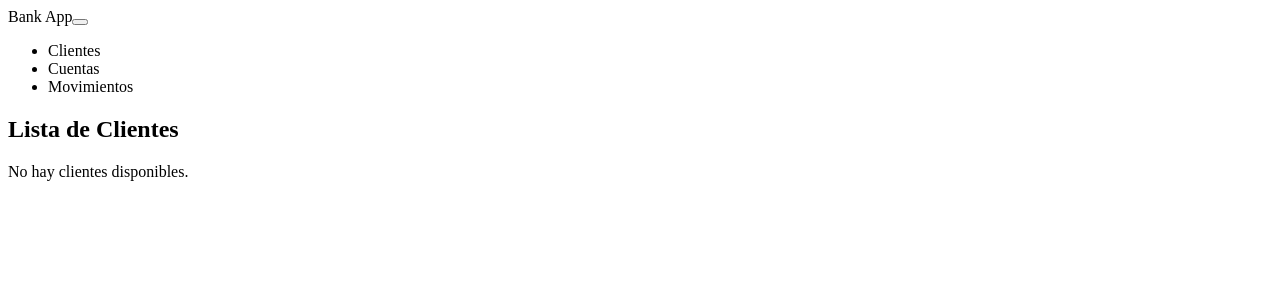
Repository: justsantg/bank-app
Page: /clientes (app in frontend/)
An editor plug-in stored every save of this project. The page is shown before and after the next save, followed by the edit.
The browser window is 1280 px wide. The pictures show the whole page.
The page's requests for data from a server got no answer. The project was rebuilt for these pictures with package versions that can differ from the ones it lists, and the page was loaded fresh each time. No one was signed in, and anything a server would have sent is missing. Also part of the build but not shown: frontend/src/app/components/cuentas/cuenta-list/cuenta-list.component.ts, frontend/src/app/components/movimientos/movimiento-list/movimiento-list.component.ts.

Above is the page before, as saved 2025-03-15 11:55:01.

### frontend/src/main.ts
import { bootstrapApplication } from '@angular/platform-browser';
import { AppComponent } from './app/app.component';
import { provideHttpClient } from '@angular/common/http';
import { provideRouter } from '@angular/router';
import { routes } from './app/app.routes';

bootstrapApplication(AppComponent, {
  providers: [
    provideRouter(routes), // Asegurar que las rutas están registradas
    provideHttpClient()    // Asegurar que HttpClient está disponible en toda la app
  ]
}).catch(err => console.error(err));

### frontend/src/app/app.component.ts
import { Component } from '@angular/core';
import { RouterOutlet } from '@angular/router';

@Component({
  selector: 'app-root',
  standalone: true,
  imports: [RouterOutlet], // Importar RouterOutlet aquí
  templateUrl: './app.component.html',
  styleUrls: ['./app.component.css']
})
export class AppComponent {
  title = 'Bank App';
}

### frontend/src/app/app.routes.ts
import { Routes } from '@angular/router';
import { ClienteListComponent } from './components/clientes/cliente-list/cliente-list.component';
import { CuentaListComponent } from './components/cuentas/cuenta-list/cuenta-list.component';
import { MovimientoListComponent } from './components/movimientos/movimiento-list/movimiento-list.component';

export const routes: Routes = [
  { path: 'clientes', component: ClienteListComponent },
  { path: 'cuentas', component: CuentaListComponent },
  { path: 'movimientos', component: MovimientoListComponent },
  { path: '', redirectTo: 'clientes', pathMatch: 'full' } // Redirección inicial
];

### frontend/src/app/app.component.html
<nav class="navbar navbar-expand-lg navbar-dark bg-primary">
  <div class="container">
    <a class="navbar-brand" routerLink="/">Bank App</a>
    <button class="navbar-toggler" type="button" data-bs-toggle="collapse" data-bs-target="#navbarNav">
      <span class="navbar-toggler-icon"></span>
    </button>
    <div class="collapse navbar-collapse" id="navbarNav">
      <ul class="navbar-nav">
        <li class="nav-item">
          <a class="nav-link" routerLink="/clientes" routerLinkActive="active">Clientes</a>
        </li>
        <li class="nav-item">
          <a class="nav-link" routerLink="/cuentas" routerLinkActive="active">Cuentas</a>
        </li>
        <li class="nav-item">
          <a class="nav-link" routerLink="/movimientos" routerLinkActive="active">Movimientos</a>
        </li>
      </ul>
    </div>
  </div>
</nav>

<div class="container mt-4">
  <router-outlet></router-outlet>
</div>

### frontend/src/app/components/clientes/cliente-list/cliente-list.component.ts
import { Component, OnInit } from '@angular/core';
import { CommonModule, NgIf } from '@angular/common';
import { ClienteService } from '../../../services/cliente.service';
import { MovimientoService } from '../../../services/movimiento.service';

@Component({
  selector: 'app-cliente-list',
  standalone: true,
  imports: [CommonModule, NgIf],
  templateUrl: './cliente-list.component.html',
  styleUrls: ['./cliente-list.component.css']
})
export class ClienteListComponent implements OnInit {
  clientes: any[] = [];
  ultimoMovimiento: any = null; // Aquí guardaremos el último movimiento
  mostrarModal: boolean = false; // Controla si el modal está visible

  constructor(
    private clienteService: ClienteService,
    private movimientoService: MovimientoService
  ) {}

  ngOnInit(): void {
    this.clienteService.getClientes().subscribe({
      next: (data) => {
        console.log('Clientes recibidos:', data);
        this.clientes = data;
      },
      error: (err) => {
        console.error('Error al obtener clientes:', err);
      }
    });
  }

  // 🔥 Método para obtener el último movimiento de un cliente
  obtenerUltimoMovimiento(clienteId: number): void {
    this.movimientoService.getUltimoMovimiento(clienteId).subscribe({
      next: (data) => {
        console.log('Último movimiento:', data);
        this.ultimoMovimiento = data;
        this.mostrarModal = true; // Muestra el modal
      },
      error: (err) => {
        console.error('Error al obtener el último movimiento:', err);
        this.ultimoMovimiento = null;
      }
    });
  }

  // 🔥 Método para cerrar el modal
  cerrarModal(): void {
    this.mostrarModal = false;
    this.ultimoMovimiento = null;
  }
}

### frontend/src/app/components/clientes/cliente-list/cliente-list.component.html
<div class="container mt-4">
    <h2>Lista de Clientes</h2>

    <ul *ngIf="clientes.length > 0; else noClientes" class="list-group">
      <li *ngFor="let cliente of clientes" class="list-group-item">
        <strong>{{ cliente.nombre }}</strong> - {{ cliente.email }} - {{ cliente.telefono }}
        <ul *ngIf="cliente.cuentas.length > 0">
          <li *ngFor="let cuenta of cliente.cuentas">
            🏦 Tipo de cuenta: <strong>{{ cuenta.tipo }}</strong> - 💰 Saldo: <strong>{{ cuenta.saldo }}</strong>
          </li>
        </ul>
        <p *ngIf="cliente.cuentas.length === 0">🚫 No tiene cuentas registradas.</p>

        <!-- 🔥 Botón para ver el último movimiento -->
        <button class="btn btn-primary btn-sm mt-2" (click)="obtenerUltimoMovimiento(cliente.id)">
          Ver Último Movimiento
        </button>
      </li>
    </ul>

    <ng-template #noClientes>
      <p>No hay clientes disponibles.</p>
    </ng-template>

    <!-- 🔥 Modal para mostrar el último movimiento -->
    <div *ngIf="mostrarModal" class="modal-backdrop">
      <div class="modal-content">
        <h4>Último Movimiento</h4>
        <p><strong>Monto:</strong> {{ ultimoMovimiento?.monto }}</p>
        <p><strong>Tipo:</strong> {{ ultimoMovimiento?.tipo }}</p>
        <p><strong>Fecha:</strong> {{ ultimoMovimiento?.fecha | date:'short' }}</p>
        <button class="btn btn-danger btn-sm" (click)="cerrarModal()">Cerrar</button>
      </div>
    </div>
  </div>

### frontend/src/app/components/clientes/cliente-list/cliente-list.component.css
.modal-content {
    border-radius: 10px;
    box-shadow: 0px 4px 10px rgba(0, 0, 0, 0.2);
  }

  .modal-header {
    background-color: #007bff;
    color: white;
    border-top-left-radius: 10px;
    border-top-right-radius: 10px;
  }

  .modal-body {
    font-size: 1.1rem;
    color: #333;
  }

  .text-success {
    font-weight: bold;
  }

  .text-danger {
    font-weight: bold;
  }

### frontend/src/app/services/cliente.service.ts
import { Injectable } from '@angular/core';
import { HttpClient } from '@angular/common/http';
import { Observable } from 'rxjs';

@Injectable({
  providedIn: 'root'
})
export class ClienteService {
  private apiUrl = 'http://localhost:3000'; // URL del backend

  constructor(private http: HttpClient) {}

  getClientes(): Observable<any[]> {
    console.log('Llamando a:', `${this.apiUrl}/cliente`); // Agregar un log para verificar la URL
    return this.http.get<any[]>(`${this.apiUrl}/cliente`);
  }
}

### frontend/src/app/services/movimiento.service.ts
import { Injectable } from '@angular/core';
import { HttpClient } from '@angular/common/http';
import { Observable } from 'rxjs';

@Injectable({
  providedIn: 'root'
})
export class MovimientoService {
  private apiUrl = 'http://localhost:3000'; // URL del backend

  constructor(private http: HttpClient) {}

  // 🔥 Obtener el último movimiento de un cliente
  getUltimoMovimiento(clienteId: number): Observable<any> {
    return this.http.get<any>(`${this.apiUrl}/movimiento/ultimo/${clienteId}`);
  }
}

Loaded but not shown: frontend/src/index.html (common file); frontend/src/app/app.component.css (no stored copy; drawn as an empty file)

After the next save:
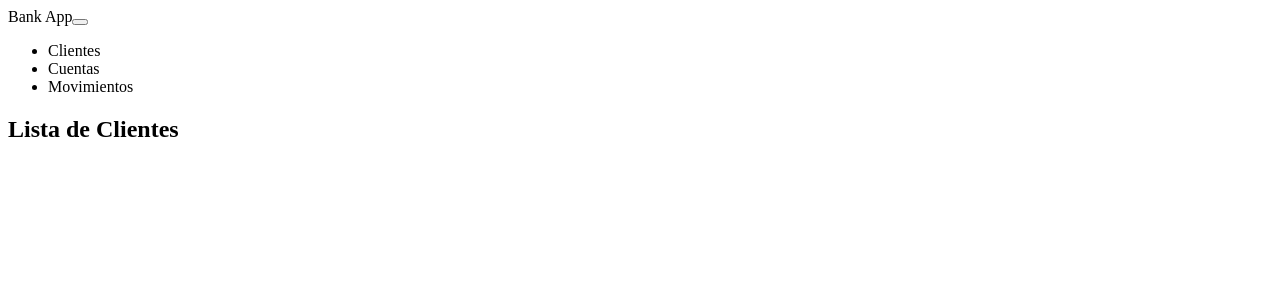
Saved 9 s later.
--- a/frontend/src/app/components/clientes/cliente-list/cliente-list.component.html
+++ b/frontend/src/app/components/clientes/cliente-list/cliente-list.component.html
@@ -1,35 +1,38 @@
-<div class="container mt-4">
-    <h2>Lista de Clientes</h2>
-
-    <ul *ngIf="clientes.length > 0; else noClientes" class="list-group">
-      <li *ngFor="let cliente of clientes" class="list-group-item">
-        <strong>{{ cliente.nombre }}</strong> - {{ cliente.email }} - {{ cliente.telefono }}
-        <ul *ngIf="cliente.cuentas.length > 0">
-          <li *ngFor="let cuenta of cliente.cuentas">
-            🏦 Tipo de cuenta: <strong>{{ cuenta.tipo }}</strong> - 💰 Saldo: <strong>{{ cuenta.saldo }}</strong>
-          </li>
-        </ul>
-        <p *ngIf="cliente.cuentas.length === 0">🚫 No tiene cuentas registradas.</p>
-
-        <!-- 🔥 Botón para ver el último movimiento -->
-        <button class="btn btn-primary btn-sm mt-2" (click)="obtenerUltimoMovimiento(cliente.id)">
+<div class="container">
+    <h2 class="text-center mt-3">Lista de Clientes</h2>
+    <ul class="list-group">
+      <li *ngFor="let cliente of clientes" class="list-group-item d-flex justify-content-between align-items-center">
+        <div>
+          <strong>{{ cliente.nombre }}</strong> - {{ cliente.email }}
+          <p class="mb-0"><strong>Tipo de cuenta:</strong> {{ cliente.cuentas?.[0]?.tipo || 'Sin cuenta' }}</p>
+        </div>
+        <button class="btn btn-primary btn-sm" (click)="obtenerUltimoMovimiento(cliente.id)">
           Ver Último Movimiento
         </button>
       </li>
     </ul>
+  </div>
 
-    <ng-template #noClientes>
-      <p>No hay clientes disponibles.</p>
-    </ng-template>
-
-    <!-- 🔥 Modal para mostrar el último movimiento -->
-    <div *ngIf="mostrarModal" class="modal-backdrop">
+  <!-- Modal para mostrar el último movimiento -->
+  <div *ngIf="mostrarModal" class="modal fade show d-block" tabindex="-1" aria-labelledby="movimientoModalLabel" style="background: rgba(0,0,0,0.5);">
+    <div class="modal-dialog modal-dialog-centered">
       <div class="modal-content">
-        <h4>Último Movimiento</h4>
-        <p><strong>Monto:</strong> {{ ultimoMovimiento?.monto }}</p>
-        <p><strong>Tipo:</strong> {{ ultimoMovimiento?.tipo }}</p>
-        <p><strong>Fecha:</strong> {{ ultimoMovimiento?.fecha | date:'short' }}</p>
-        <button class="btn btn-danger btn-sm" (click)="cerrarModal()">Cerrar</button>
+        <div class="modal-header">
+          <h5 class="modal-title">Último Movimiento</h5>
+          <button type="button" class="btn-close" (click)="cerrarModal()" aria-label="Cerrar"></button>
+        </div>
+        <div class="modal-body" *ngIf="ultimoMovimiento">
+          <p><strong>Monto:</strong> {{ ultimoMovimiento.monto }}</p>
+          <p><strong>Tipo:</strong>
+            <span [ngClass]="{'text-success': ultimoMovimiento.tipo === 'Crédito', 'text-danger': ultimoMovimiento.tipo === 'Débito'}">
+              {{ ultimoMovimiento.tipo }}
+            </span>
+          </p>
+          <p><strong>Fecha:</strong> {{ ultimoMovimiento.fecha | date:'short' }}</p>
+        </div>
+        <div class="modal-footer">
+          <button type="button" class="btn btn-secondary" (click)="cerrarModal()">Cerrar</button>
+        </div>
       </div>
     </div>
   </div>

After the 4 saves that followed:
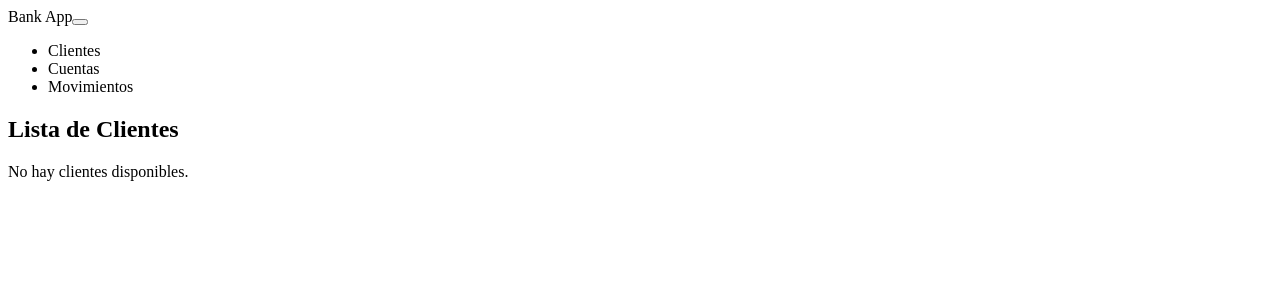
The 4 saves are shown as one change because 2 left the picture as it was and some came seconds apart.
The last was saved 3 min 3 s later.
--- a/frontend/src/app/components/clientes/cliente-list/cliente-list.component.html
+++ b/frontend/src/app/components/clientes/cliente-list/cliente-list.component.html
@@ -1,38 +1,35 @@
-<div class="container">
-    <h2 class="text-center mt-3">Lista de Clientes</h2>
-    <ul class="list-group">
-      <li *ngFor="let cliente of clientes" class="list-group-item d-flex justify-content-between align-items-center">
-        <div>
-          <strong>{{ cliente.nombre }}</strong> - {{ cliente.email }}
-          <p class="mb-0"><strong>Tipo de cuenta:</strong> {{ cliente.cuentas?.[0]?.tipo || 'Sin cuenta' }}</p>
-        </div>
-        <button class="btn btn-primary btn-sm" (click)="obtenerUltimoMovimiento(cliente.id)">
+<div class="container mt-4">
+    <h2>Lista de Clientes</h2>
+
+    <ul *ngIf="clientes.length > 0; else noClientes" class="list-group">
+      <li *ngFor="let cliente of clientes" class="list-group-item">
+        <strong>{{ cliente.nombre }}</strong> - {{ cliente.email }} - {{ cliente.telefono }}
+        <ul *ngIf="cliente.cuentas.length > 0">
+          <li *ngFor="let cuenta of cliente.cuentas">
+            🏦 Tipo de cuenta: <strong>{{ cuenta.tipo }}</strong> - 💰 Saldo: <strong>{{ cuenta.saldo }}</strong>
+          </li>
+        </ul>
+        <p *ngIf="cliente.cuentas.length === 0">🚫 No tiene cuentas registradas.</p>
+
+        <!-- 🔥 Botón para ver el último movimiento -->
+        <button class="btn btn-primary btn-sm mt-2" (click)="obtenerUltimoMovimiento(cliente.id)">
           Ver Último Movimiento
         </button>
       </li>
     </ul>
-  </div>
 
-  <!-- Modal para mostrar el último movimiento -->
-  <div *ngIf="mostrarModal" class="modal fade show d-block" tabindex="-1" aria-labelledby="movimientoModalLabel" style="background: rgba(0,0,0,0.5);">
-    <div class="modal-dialog modal-dialog-centered">
+    <ng-template #noClientes>
+      <p>No hay clientes disponibles.</p>
+    </ng-template>
+
+    <!-- 🔥 Modal para mostrar el último movimiento -->
+    <div *ngIf="mostrarModal" class="modal-backdrop">
       <div class="modal-content">
-        <div class="modal-header">
-          <h5 class="modal-title">Último Movimiento</h5>
-          <button type="button" class="btn-close" (click)="cerrarModal()" aria-label="Cerrar"></button>
-        </div>
-        <div class="modal-body" *ngIf="ultimoMovimiento">
-          <p><strong>Monto:</strong> {{ ultimoMovimiento.monto }}</p>
-          <p><strong>Tipo:</strong>
-            <span [ngClass]="{'text-success': ultimoMovimiento.tipo === 'Crédito', 'text-danger': ultimoMovimiento.tipo === 'Débito'}">
-              {{ ultimoMovimiento.tipo }}
-            </span>
-          </p>
-          <p><strong>Fecha:</strong> {{ ultimoMovimiento.fecha | date:'short' }}</p>
-        </div>
-        <div class="modal-footer">
-          <button type="button" class="btn btn-secondary" (click)="cerrarModal()">Cerrar</button>
-        </div>
+        <h4>Último Movimiento</h4>
+        <p><strong>Monto:</strong> {{ ultimoMovimiento?.monto }}</p>
+        <p><strong>Tipo:</strong> {{ ultimoMovimiento?.tipo }}</p>
+        <p><strong>Fecha:</strong> {{ ultimoMovimiento?.fecha | date:'short' }}</p>
+        <button class="btn btn-danger btn-sm" (click)="cerrarModal()">Cerrar</button>
       </div>
     </div>
   </div>
--- a/frontend/src/app/components/clientes/cliente-list/cliente-list.component.css
+++ b/frontend/src/app/components/clientes/cliente-list/cliente-list.component.css
@@ -22,3 +22,11 @@
   .text-danger {
     font-weight: bold;
   }
+
+  .list-group-item {
+    transition: all 0.3s ease-in-out;
+  }
+
+  .list-group-item:hover {
+    background-color: #f8f9fa;
+  }
--- a/frontend/src/app/services/movimiento.service.ts
+++ b/frontend/src/app/services/movimiento.service.ts
@@ -1,17 +1,17 @@
 import { Injectable } from '@angular/core';
 import { HttpClient } from '@angular/common/http';
 import { Observable } from 'rxjs';
+import { Movimiento } from '../models/movimiento.model';
 
 @Injectable({
   providedIn: 'root'
 })
 export class MovimientoService {
-  private apiUrl = 'http://localhost:3000'; // URL del backend
+  private movimientoUrl = 'http://localhost:3000/movimiento/ultimo';
 
   constructor(private http: HttpClient) {}
 
-  // 🔥 Obtener el último movimiento de un cliente
-  getUltimoMovimiento(clienteId: number): Observable<any> {
-    return this.http.get<any>(`${this.apiUrl}/movimiento/ultimo/${clienteId}`);
+  getUltimoMovimiento(clienteId: number): Observable<Movimiento> {
+    return this.http.get<Movimiento>(`${this.movimientoUrl}/${clienteId}`);
   }
 }
